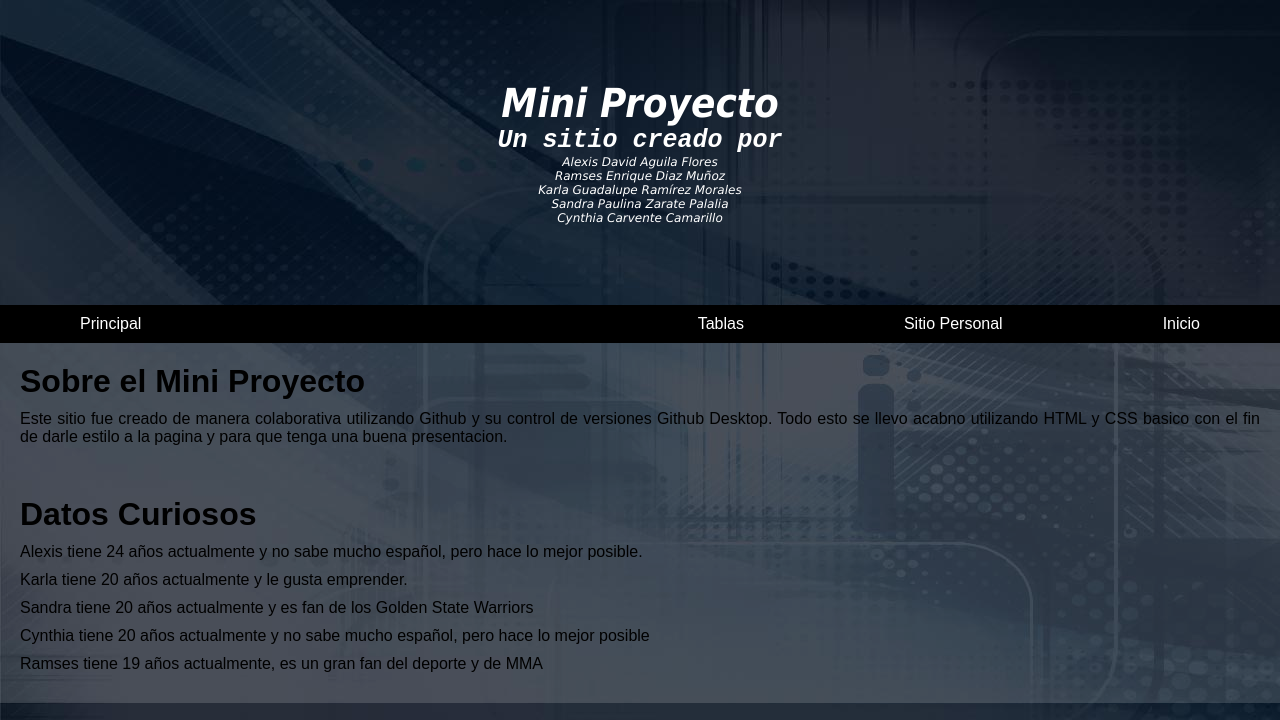
Repository: Dogueen/miniProyectoUniversidad
Page: miniProyecto/principal.html
An editor plug-in stored every save of this project. The page is shown before and after the next save, followed by the edit.
The browser window is 1280 px wide. The pictures show the whole page.

Above is the page before, as saved 2023-10-31 19:19:23.

After the next save:
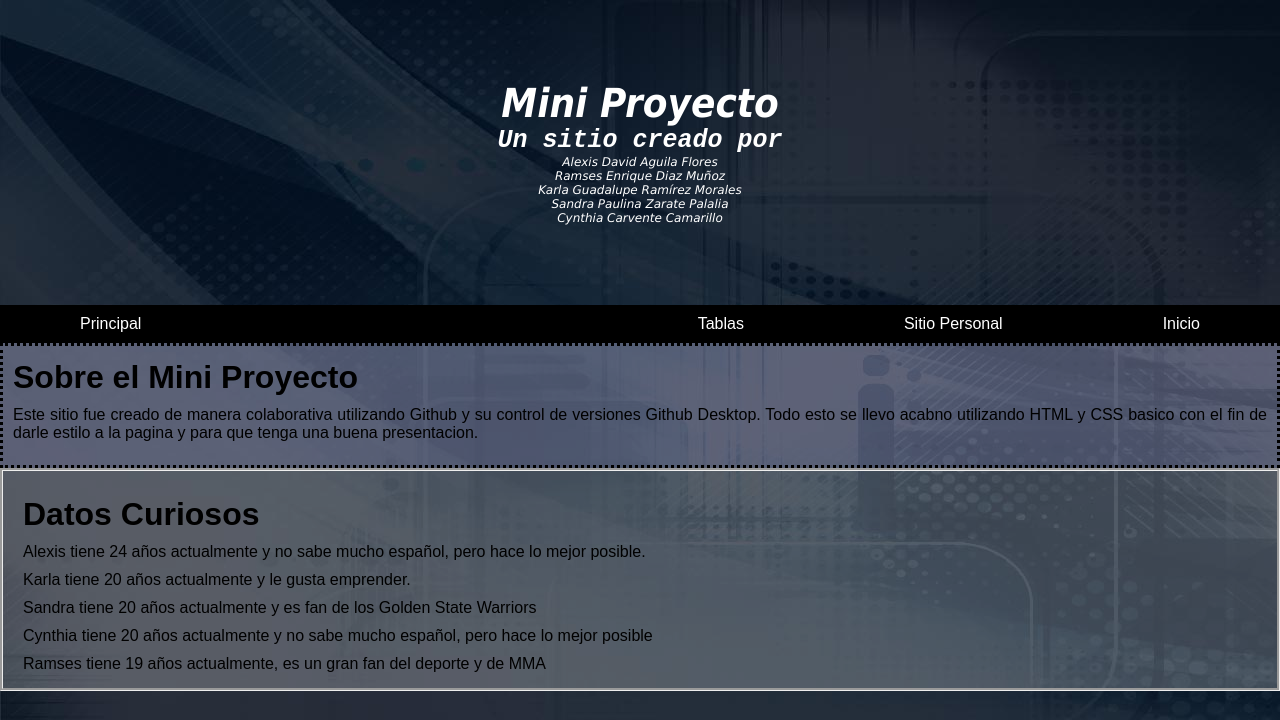
Saved 73 s later.
--- a/miniProyecto/styles/principal.css
+++ b/miniProyecto/styles/principal.css
@@ -75,17 +75,21 @@ body {
 }
 
 .side {
-    flex: 30%;
-    background-color: #f1f1f12a;
-    padding: 20px;
+    flex: 1;
+    background-color: rgba(173, 173, 205, 0.407);
+    padding: 1% 10px;
+    border-style: dotted;
 }
 
 .main {
-    flex: 70%;
-    background-color: #f1f1f12a;
-    padding: 20px;
+    flex: 1;
+    background-color: rgba(241, 241, 242, 0.24);
+    /* top | right | bottom | left */
+    padding: 25px 0px 5px 20px;
+    border-style: groove;
 }
 
+/* Media Queries for Responsive Design */
 @media screen and (max-width: 700px) {
     .row {
         flex-direction: column;
